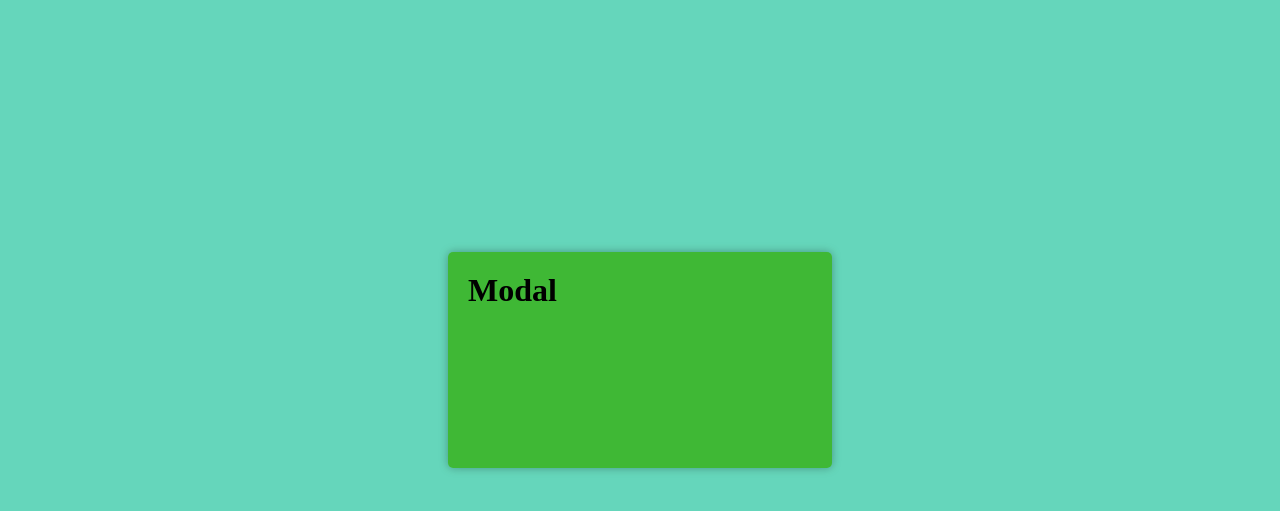
Repository: Soab42/portfolio
Page: /modal
An editor plug-in stored every save of this project. The page is shown before and after the next save, followed by the edit.
The browser window is 1280 px wide. The pictures show the whole page.
The project was rebuilt for these pictures with package versions that can differ from the ones it lists, and the page was loaded fresh each time. The framework's server and built-in components were replaced by stand-ins that run in the browser. Also part of the build but not shown: next.config.js.

Above is the page before, as saved 2023-10-09 15:24:54.

### app/layout.js
import "./globals.css";

export const metadata = {
  title: "syfuddhin",
  description: "Portfolio application for Soab Mahmud Syfuddhin",
};

export default function RootLayout({ children }) {
  return (
    <html lang="en">
      <body>{children}</body>
    </html>
  );
}

### app/modal/page.js
import Modal from "@/components/Modal";
import React from "react";

export default function page() {
  const component = <h1>Modal</h1>;
  return (
    <div>
      <Modal>{component}</Modal>
    </div>
  );
}

### app/globals.css
:root {
  --max-width: 1100px;
  --border-radius: 12px;
  --font-mono: ui-monospace, Menlo, Monaco, "Cascadia Mono", "Segoe UI Mono",
    "Roboto Mono", "Oxygen Mono", "Ubuntu Monospace", "Source Code Pro",
    "Fira Mono", "Droid Sans Mono", "Courier New", monospace;

  --foreground-rgb: 0, 0, 0;
  --background-start-rgb: 214, 219, 220;
  --background-end-rgb: 255, 255, 255;

  --primary-glow: conic-gradient(
    from 180deg at 50% 50%,
    #16abff33 0deg,
    #0885ff33 55deg,
    #54d6ff33 120deg,
    #0071ff33 160deg,
    transparent 360deg
  );
  --secondary-glow: radial-gradient(
    rgba(255, 255, 255, 1),
    rgba(255, 255, 255, 0)
  );

  --tile-start-rgb: 239, 245, 249;
  --tile-end-rgb: 228, 232, 233;
  --tile-border: conic-gradient(
    #00000080,
    #00000040,
    #00000030,
    #00000020,
    #00000010,
    #00000010,
    #00000080
  );

  --callout-rgb: 238, 240, 241;
  --callout-border-rgb: 172, 175, 176;
  --card-rgb: 180, 185, 188;
  --card-border-rgb: 131, 134, 135;
}

@media (prefers-color-scheme: dark) {
  :root {
    --foreground-rgb: 255, 255, 255;
    --background-start-rgb: 0, 0, 0;
    --background-end-rgb: 0, 0, 0;

    --primary-glow: radial-gradient(rgba(1, 65, 255, 0.4), rgba(1, 65, 255, 0));
    --secondary-glow: linear-gradient(
      to bottom right,
      rgba(1, 65, 255, 0),
      rgba(1, 65, 255, 0),
      rgba(1, 65, 255, 0.3)
    );

    --tile-start-rgb: 2, 13, 46;
    --tile-end-rgb: 2, 5, 19;
    --tile-border: conic-gradient(
      #ffffff80,
      #ffffff40,
      #ffffff30,
      #ffffff20,
      #ffffff10,
      #ffffff10,
      #ffffff80
    );

    --callout-rgb: 20, 20, 20;
    --callout-border-rgb: 108, 108, 108;
    --card-rgb: 100, 100, 100;
    --card-border-rgb: 200, 200, 200;
  }
}

* {
  box-sizing: border-box;
  padding: 0;
  margin: 0;
}

html,
body {
  max-width: 100vw;
  overflow-x: hidden;
  position: relative;
}

body {
  color: rgb(var(--foreground-rgb));
  background: linear-gradient(
      to bottom,
      transparent,
      rgb(var(--background-end-rgb))
    )
    rgb(var(--background-start-rgb));
}

a {
  color: inherit;
  text-decoration: none;
}

@media (prefers-color-scheme: dark) {
  html {
    color-scheme: dark;
  }
}

.modal {
  display: flex;
  justify-content: center;
  align-items: center;
  background: #1ad3a598;
  position: fixed;
  top: 0;
  bottom: 0;
  right: 0;
  left: 0;
}
.modal-content {
  position: absolute;
  top: 50%;
  left: 50%;
  width: fit-content;
  min-width: 30%;
  min-height: 30%;
  transform: translate(-50%, -50%);
  background-color: #32ae05bc;
  padding: 20px;
  border-radius: 5px;
  box-shadow: 0px 0px 10px rgba(0, 0, 0, 0.3);
}

### components/Modal.js
import React from "react";

export default function Modal({ children }) {
  return (
    <div className="modal">
      <div className="modal-content">{children}</div>
    </div>
  );
}

After the next save:
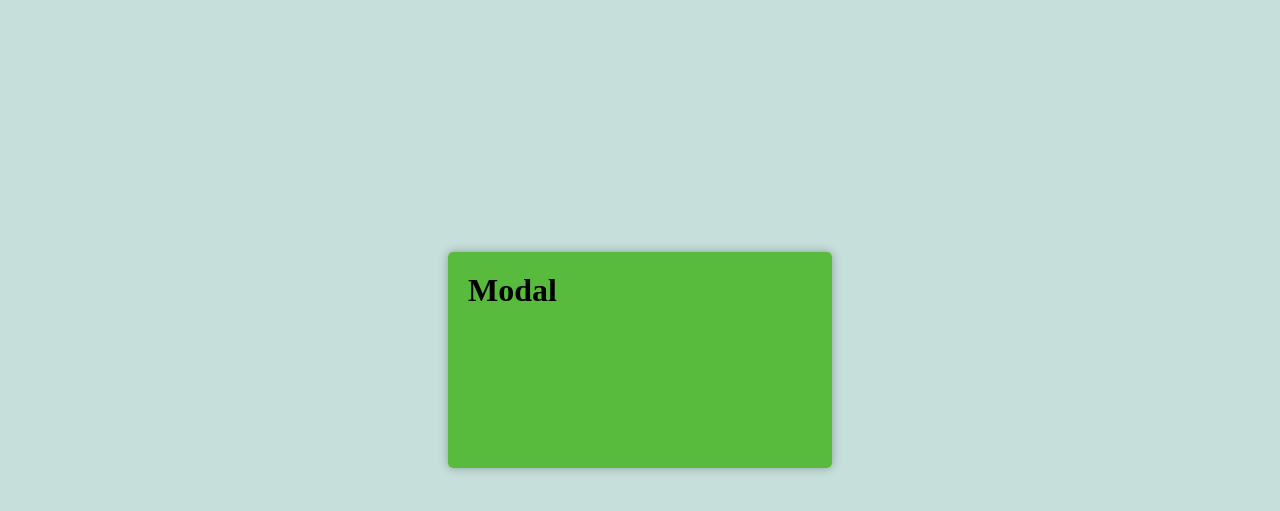
Saved 16 s later.
--- a/app/globals.css
+++ b/app/globals.css
@@ -111,7 +111,7 @@ a {
   display: flex;
   justify-content: center;
   align-items: center;
-  background: #1ad3a598;
+  background: #a9e8d855;
   position: fixed;
   top: 0;
   bottom: 0;
